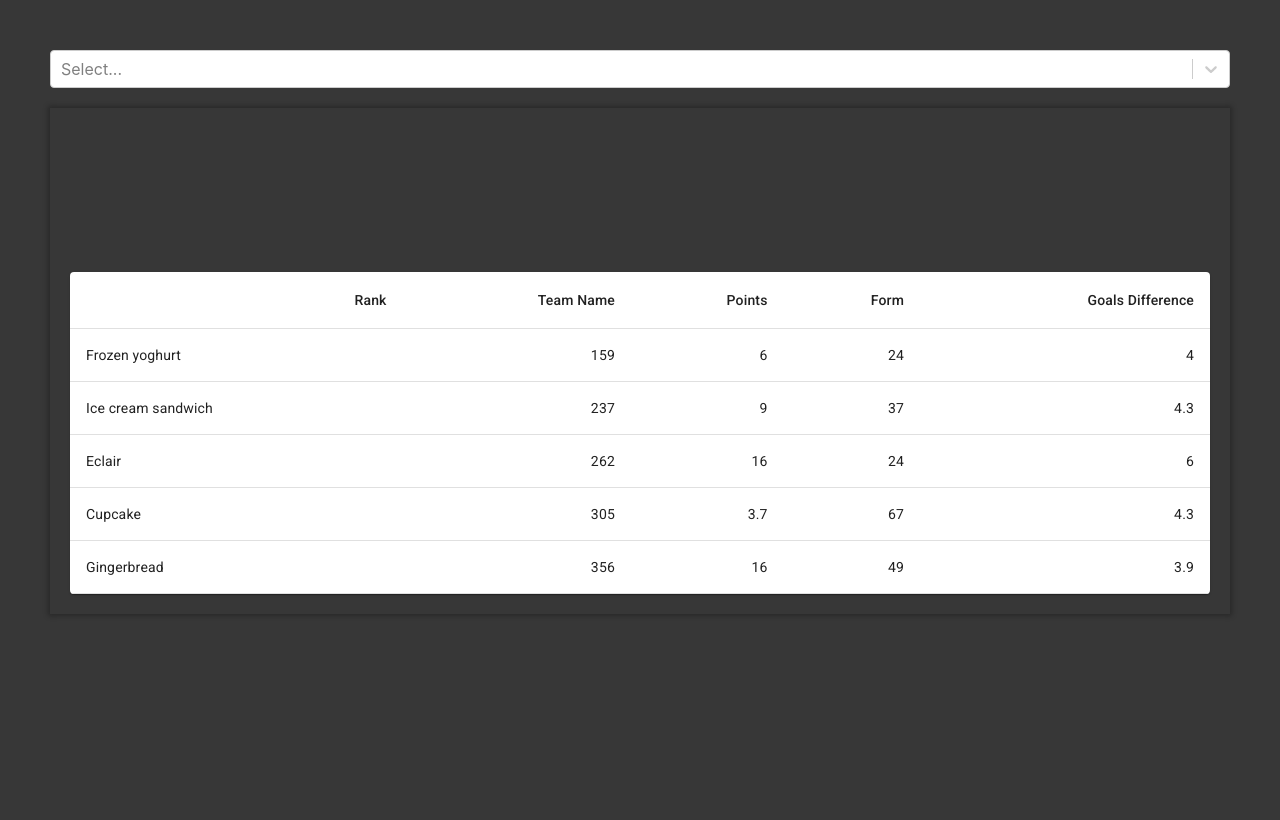
Repository: JorSargsyan/FootballApp
Page: /
These files come from the project's save history. The page is drawn as it stood at one moment and after the next save; the edit follows.
The browser window is 1280 px wide. The pictures show the whole page.
The page's requests for data from a server got no answer. The project was rebuilt for these pictures with package versions that can differ from the ones it lists, and the page was loaded fresh each time. No one was signed in, and anything a server would have sent is missing.

Above is the page before, as saved 2019-07-13 16:42:58.

### public/index.html
<!DOCTYPE html>
<html lang="en">
  <head>
    <meta charset="utf-8" />
    <link rel="shortcut icon" href="%PUBLIC_URL%/favicon.ico" />
    <meta name="viewport" content="width=device-width, initial-scale=1" />
    <meta name="theme-color" content="#000000" />
    <!--
      manifest.json provides metadata used when your web app is installed on a
      user's mobile device or desktop. See https://developers.google.com/web/fundamentals/web-app-manifest/
    -->
    <link rel="manifest" href="%PUBLIC_URL%/manifest.json" />
    <link rel="stylesheet" href="https://fonts.googleapis.com/css?family=Roboto:300,400,500&display=swap" />
    <!--
      Notice the use of %PUBLIC_URL% in the tags above.
      It will be replaced with the URL of the `public` folder during the build.
      Only files inside the `public` folder can be referenced from the HTML.

      Unlike "/favicon.ico" or "favicon.ico", "%PUBLIC_URL%/favicon.ico" will
      work correctly both with client-side routing and a non-root public URL.
      Learn how to configure a non-root public URL by running `npm run build`.
    -->
    <title>React App</title>
  </head>
  <body>
    <noscript>You need to enable JavaScript to run this app.</noscript>
    <div id="root"></div>
    <!--
      This HTML file is a template.
      If you open it directly in the browser, you will see an empty page.

      You can add webfonts, meta tags, or analytics to this file.
      The build step will place the bundled scripts into the <body> tag.

      To begin the development, run `npm start` or `yarn start`.
      To create a production bundle, use `npm run build` or `yarn build`.
    -->
  </body>
</html>

### src/App.js
import React from 'react';
import logo from './logo.svg';
import './App.css';
import Container from "./components/Container"

function App() {
  return (
    <div className="App">
        <Container></Container>
    </div>
  );
}

export default App;

### src/App.css

.App{
  padding: 50px;
  background: rgb(55, 55, 55);
  height: 100vh;
}

.LeagueInfo{
  margin-top: 20px;
  color: white;
  box-shadow: 0 0 5px 2px #00000047;
  padding: 20px;
}

.LeagueInfo .img-area{
  display: flex;
  width: 200px;
  justify-content: space-between;
  align-items: center;
}

.LeagueInfo img{
  height: 60px;
  display: block;
}

.LeagueInfo img:nth-child(2){
  height: 100px;
  margin-left: 15px;
}

### src/components/Container/index.js
import React, { Component } from 'react'
import PropTypes from 'prop-types'
import Select from 'react-select';
import axios from 'axios';
import SimpleTable from "../common/Table"


const config = {
    headers: {
        "X-RapidAPI-Host": "api-football-v1.p.rapidapi.com",
        "X-RapidAPI-Key": "afc6347074msh5602bdc3ba130d0p170b44jsn6e420664b59f"
    }
}

export default class Container extends Component {

    static propTypes = {
        prop: PropTypes
    }

    state = {
        selectedOption: null,
        countries: [],
        league: [],
        standings:[],
    };

    handleChange = selectedOption => {
        this.setState({ selectedOption });
        console.log(`Option selected:`, selectedOption);

        axios.get(`https://api-football-v1.p.rapidapi.com/v2/leagues/country/${selectedOption.value}/${2018}`, config)
            .then(res => {
                let league = res.data.api.leagues[0];
                this.setState({ league });


                axios.get(`https://api-football-v1.p.rapidapi.com/v2/leagueTable/${league.league_id}`, config)
                .then(res => {
                    let standings = res.data.api.standings[0];
                    this.setState({ standings });
                })

            })
    };


    componentDidMount() {


        axios.get(`https://api-football-v1.p.rapidapi.com/v2/countries`, config)
            .then(res => {
                let countries = res.data.api.countries;
                countries = countries.map(i => { return { label: i.country, value: i.code } });
                this.setState({ countries });
            })
    }

    render() {
        const { selectedOption } = this.state;
        return (
            <div className="classes.root">
                <Select
                    value={selectedOption}
                    onChange={this.handleChange}
                    options={this.state.countries}
                />

                <div className="LeagueInfo">
                    <h2>{this.state.league.country}</h2>
                    <div className='img-area'>
                        <img src={this.state.league.flag} />
                        <img src={this.state.league.logo} />
                    </div>
                    <SimpleTable
                    data={[]}
                    header={[
                        {name:"Rank",prop:"rank"},
                        {name:"Team Name",prop:"teamName"},
                        {name:"Points",prop:"points"},
                        {name:"Form",prop:"forme"},
                        {name:"Goals Difference",prop:"goalsDiff"}
                    ]}
                    ></SimpleTable>
                </div>
            </div>
        )
    }
}

### src/components/common/Table.js
import React from 'react';
import { makeStyles } from '@material-ui/core/styles';
import Table from '@material-ui/core/Table';
import TableBody from '@material-ui/core/TableBody';
import TableCell from '@material-ui/core/TableCell';
import TableHead from '@material-ui/core/TableHead';
import TableRow from '@material-ui/core/TableRow';
import Paper from '@material-ui/core/Paper';

const useStyles = makeStyles(theme => ({
  root: {
    width: '100%',
    marginTop: theme.spacing(3),
    overflowX: 'auto',
  },
  table: {
    minWidth: 650,
  },
}));

function createData(name, calories, fat, carbs, protein) {
  return { name, calories, fat, carbs, protein };
}

const rows = [
  createData('Frozen yoghurt', 159, 6.0, 24, 4.0),
  createData('Ice cream sandwich', 237, 9.0, 37, 4.3),
  createData('Eclair', 262, 16.0, 24, 6.0),
  createData('Cupcake', 305, 3.7, 67, 4.3),
  createData('Gingerbread', 356, 16.0, 49, 3.9),
];

export default function SimpleTable({data,header}) {
  const classes = useStyles();

  return (
    <Paper className={classes.root}>
      <Table className={classes.table}>
        <TableHead>
          <TableRow>
            {/* <TableCell>Dessert (100g serving)</TableCell>
            <TableCell align="right">Calories</TableCell>
            <TableCell align="right">Fat&nbsp;(g)</TableCell>
            <TableCell align="right">Carbs&nbsp;(g)</TableCell>
            <TableCell align="right">Protein&nbsp;(g)</TableCell> */}
            {
                header.map((x,i)=>{
                    return <TableCell key={i} align="right">{x.name}</TableCell>
                })
            }
          </TableRow>
        </TableHead>
        <TableBody>
          {rows.map(row => (
            <TableRow key={row.name}>
              <TableCell component="th" scope="row">
                {row.name}
              </TableCell>
              <TableCell align="right">{row.calories}</TableCell>
              <TableCell align="right">{row.fat}</TableCell>
              <TableCell align="right">{row.carbs}</TableCell>
              <TableCell align="right">{row.protein}</TableCell>
            </TableRow>
          ))}
        </TableBody>
      </Table>
    </Paper>
  );
}

Loaded but not shown: src/index.js (common file); src/index.css (common file); src/serviceWorker.js (common file)

After the next save:
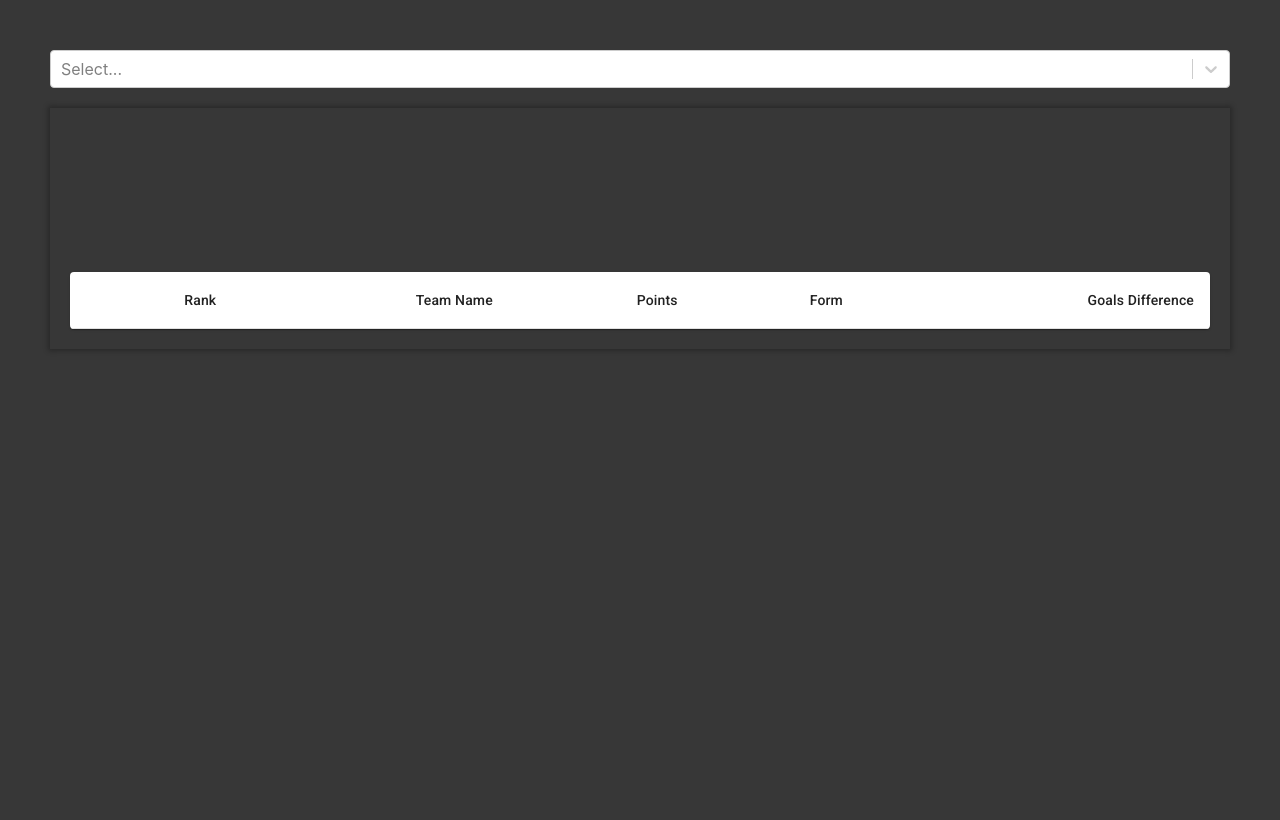
Saved 48 s later.
--- a/src/components/common/Table.js
+++ b/src/components/common/Table.js
@@ -38,11 +38,6 @@ export default function SimpleTable({data,header}) {
       <Table className={classes.table}>
         <TableHead>
           <TableRow>
-            {/* <TableCell>Dessert (100g serving)</TableCell>
-            <TableCell align="right">Calories</TableCell>
-            <TableCell align="right">Fat&nbsp;(g)</TableCell>
-            <TableCell align="right">Carbs&nbsp;(g)</TableCell>
-            <TableCell align="right">Protein&nbsp;(g)</TableCell> */}
             {
                 header.map((x,i)=>{
                     return <TableCell key={i} align="right">{x.name}</TableCell>
@@ -51,7 +46,7 @@ export default function SimpleTable({data,header}) {
           </TableRow>
         </TableHead>
         <TableBody>
-          {rows.map(row => (
+          {data.map(row => (
             <TableRow key={row.name}>
               <TableCell component="th" scope="row">
                 {row.name}
